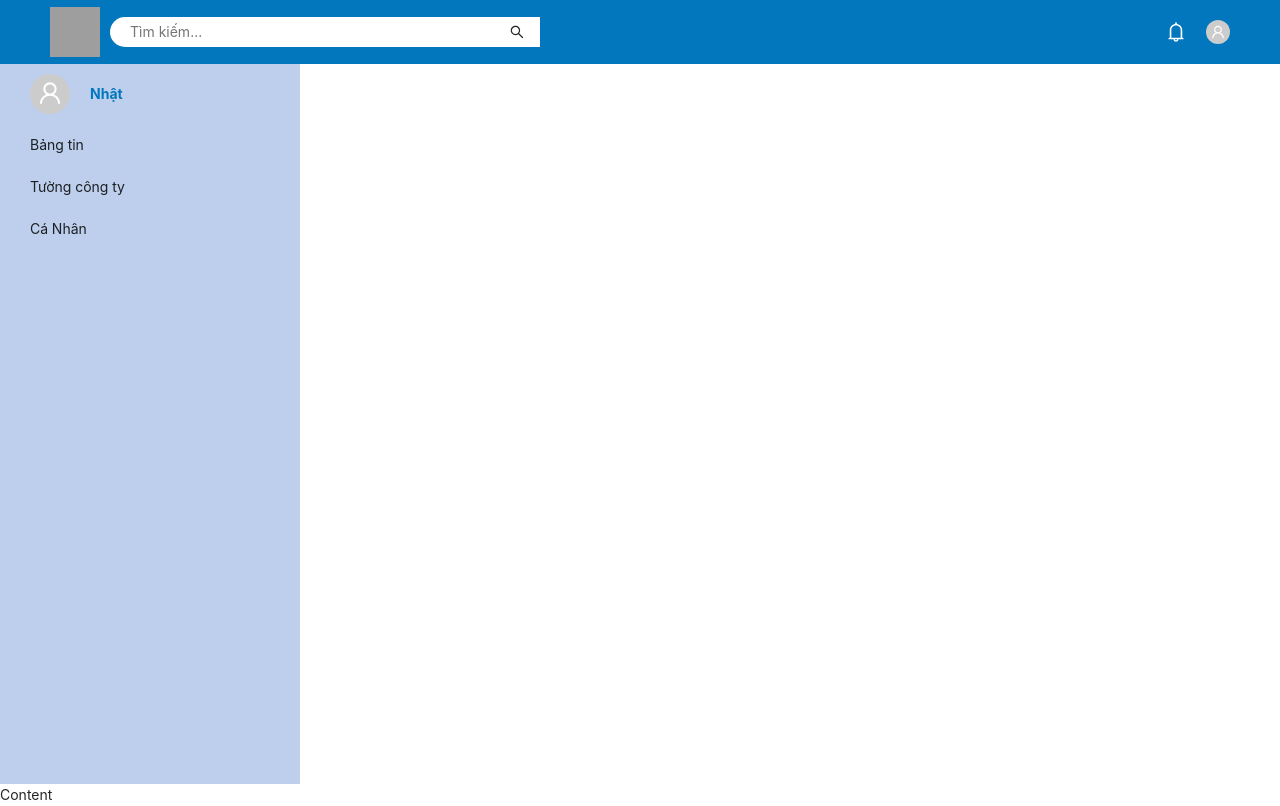
Repository: baonhat27/SocialNetwork_FE
Page: /home
An editor plug-in stored every save of this project. The page is shown before and after a run of saves, followed by the edit.
The browser window is 1280 px wide. The pictures show the whole page.
Pictures or frames that could not be fetched are drawn as grey boxes. The project was rebuilt for these pictures with package versions that can differ from the ones it lists, and the page was loaded fresh each time. Also part of the build but not shown: src/containers/home/component/HomeComponent.module.css, src/containers/loginPage/component/LoginPageComponent.module.css, src/components/Input/Input.module.css, src/components/Input/Input.js, src/components/Button/Button.module.css, src/components/Button/Button.js, src/containers/loginPage/component/LoginPageComponent.js, src/containers/loginPage/LoginPageContainer.js.

Above is the page before, as saved 2022-03-09 22:03:31.

After the next 3 saves:
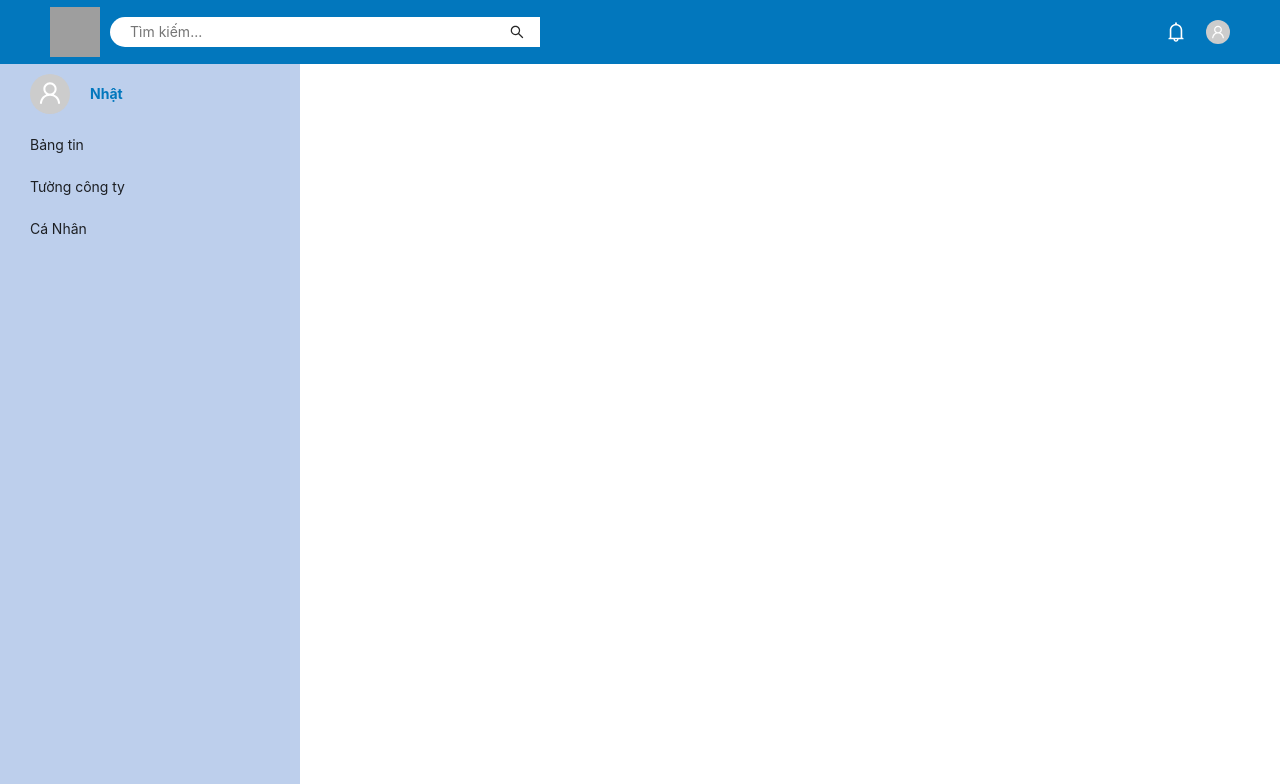
The 3 saves are shown as one change because 1 did not build or start and some came seconds apart.
The last was saved 73 s later.
--- a/src/containers/home/component/HomeComponent.js
+++ b/src/containers/home/component/HomeComponent.js
@@ -1,17 +1,16 @@
 import styles from "./HomeComponent.module.css"
 import React from "react";
 import { Layout, Avatar } from "antd";
-import { UserOutlined } from "@ant-design/icons";
-import SiderComponent from "../../sider/component/SiderComponent";
+import SiderContainer from "../../sider/SiderContainer";
 
 const {  Content } = Layout;
 
 const HomeComponent = (props) => {
     return (
         <>
-            <SiderComponent/>
-            <Content>Content</Content>
+            <SiderContainer/>
         </>
+
     );
 };
 
